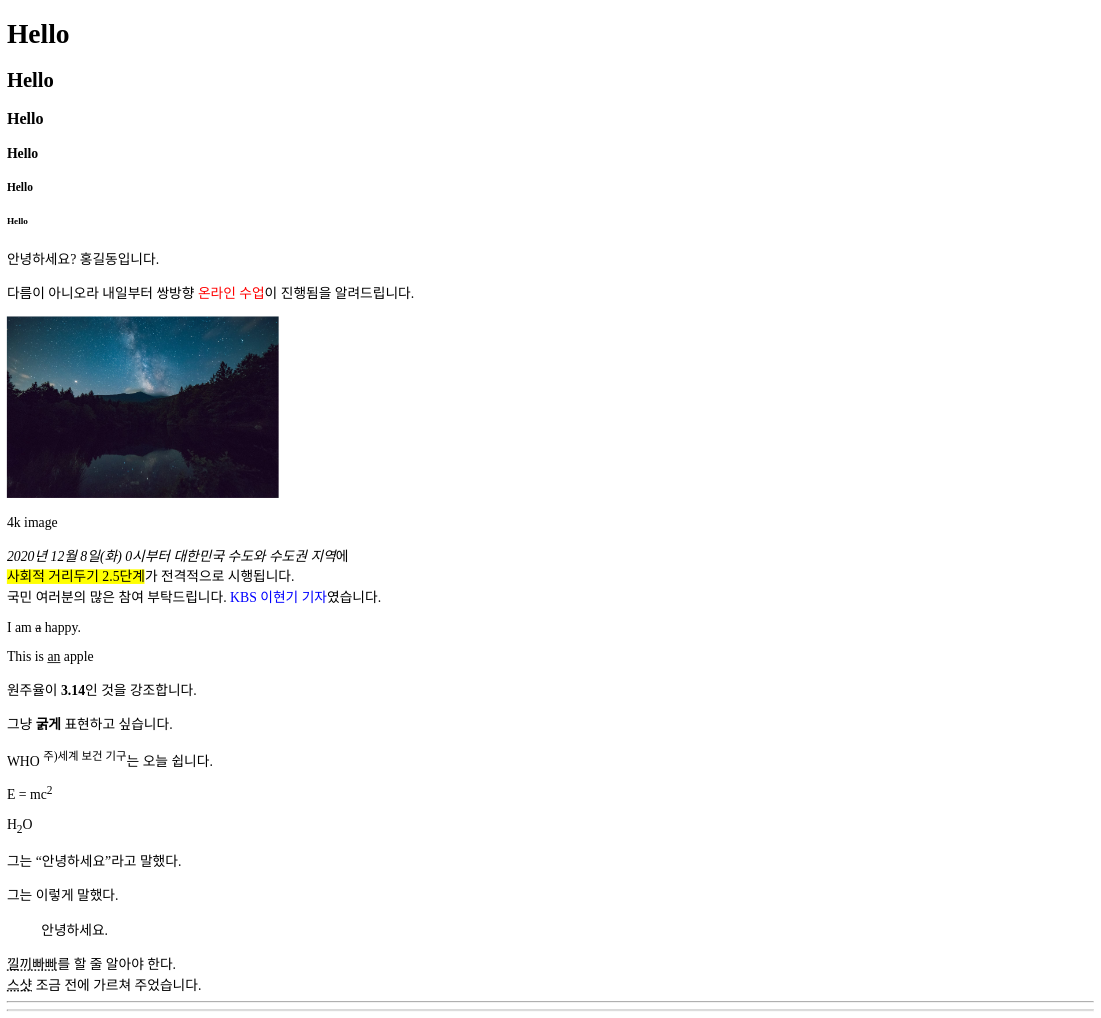
Repository: woneeseo/javastudy
Page: htmlStudy/workspace_html/HelloWorld/WebContent/f.html
The author's editor kept a copy of each file at every save. The page is drawn from the files as they stood at one save, then again after the next save.
The browser window is 1280 px wide. The pictures show the whole page, at 86% of full size.

Above is the page before, as saved 2020-12-07 06:00:19.

After the next save:
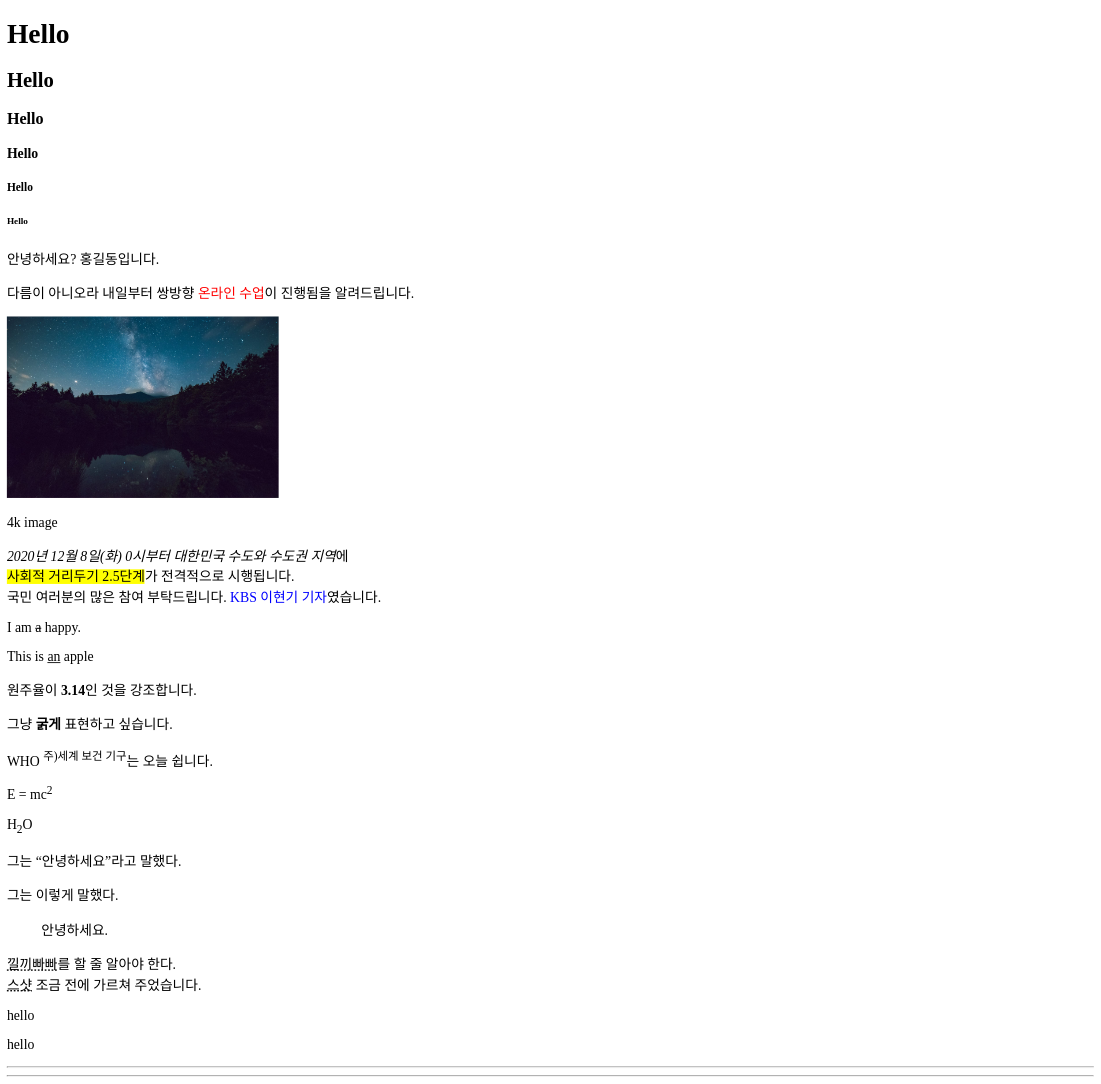
Saved 11 min 56 s later.
--- a/htmlStudy/workspace_html/HelloWorld/WebContent/f.html
+++ b/htmlStudy/workspace_html/HelloWorld/WebContent/f.html
@@ -84,6 +84,10 @@
 <br>
 <abbr title="스크린 샷">스샷</abbr> 조금 전에 가르쳐 주었습니다.
 <!-- <abbr> : 단축칸/축약칸. 이 단어가 단축어/축약어/약어 임을 나타내주는 태그 -->
+<!-- title속성을 이용해 어떤 이야기를 단축한 것인지 표현해 줄 수 있음 -->
+
+<p>hello</p>
+<p><bdo>hello</bdo></p>
 
 
 <hr>
